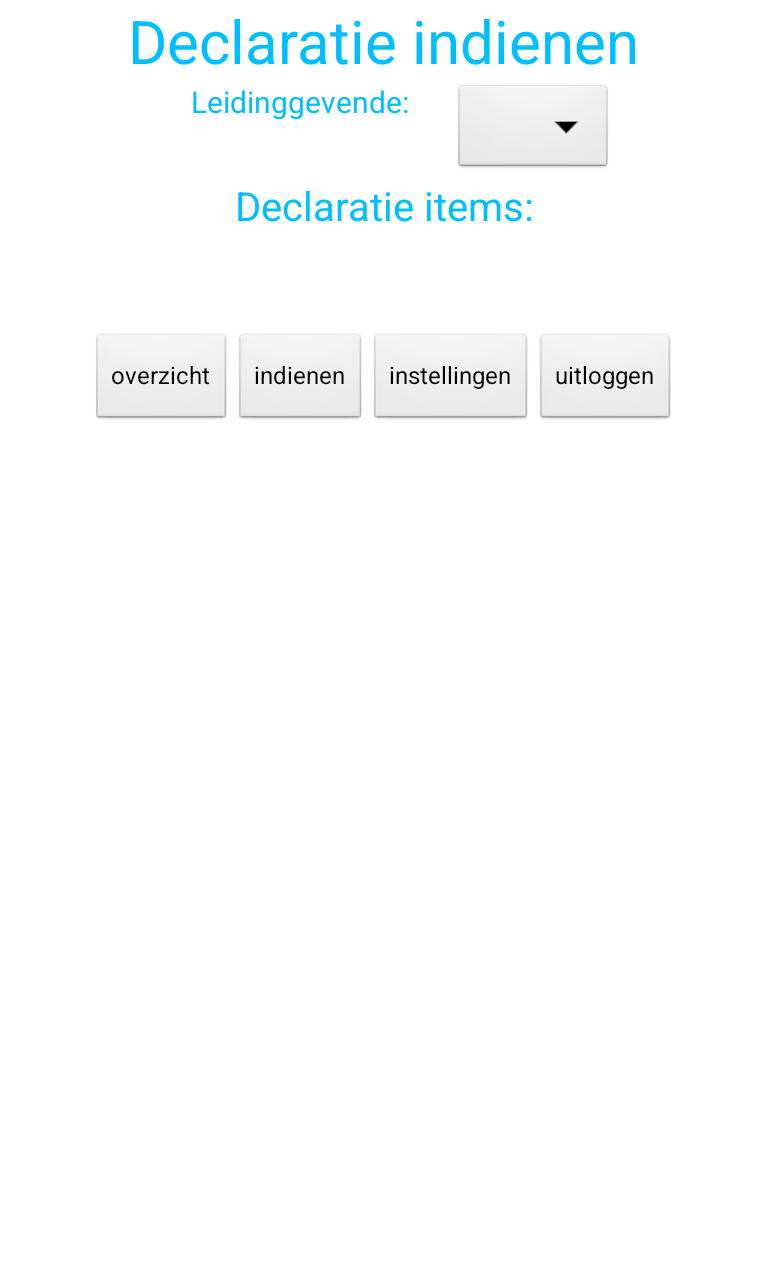
Repository: alexanderbolhuis/ilmoitus_mobile
Layout: LoginActivity/res/layout/activity_declare.xml
An editor plug-in stored every save of this project. The layout is shown before and after a run of saves, followed by the edit.
It is drawn on a 768 x 1280 px phone screen (xhdpi) without system bars, with theme AppTheme; the app's code is not run. Lists and similar views that code fills are empty.

Above is the layout before, as saved 2014-05-04 19:46:32.

After the next 2 saves:
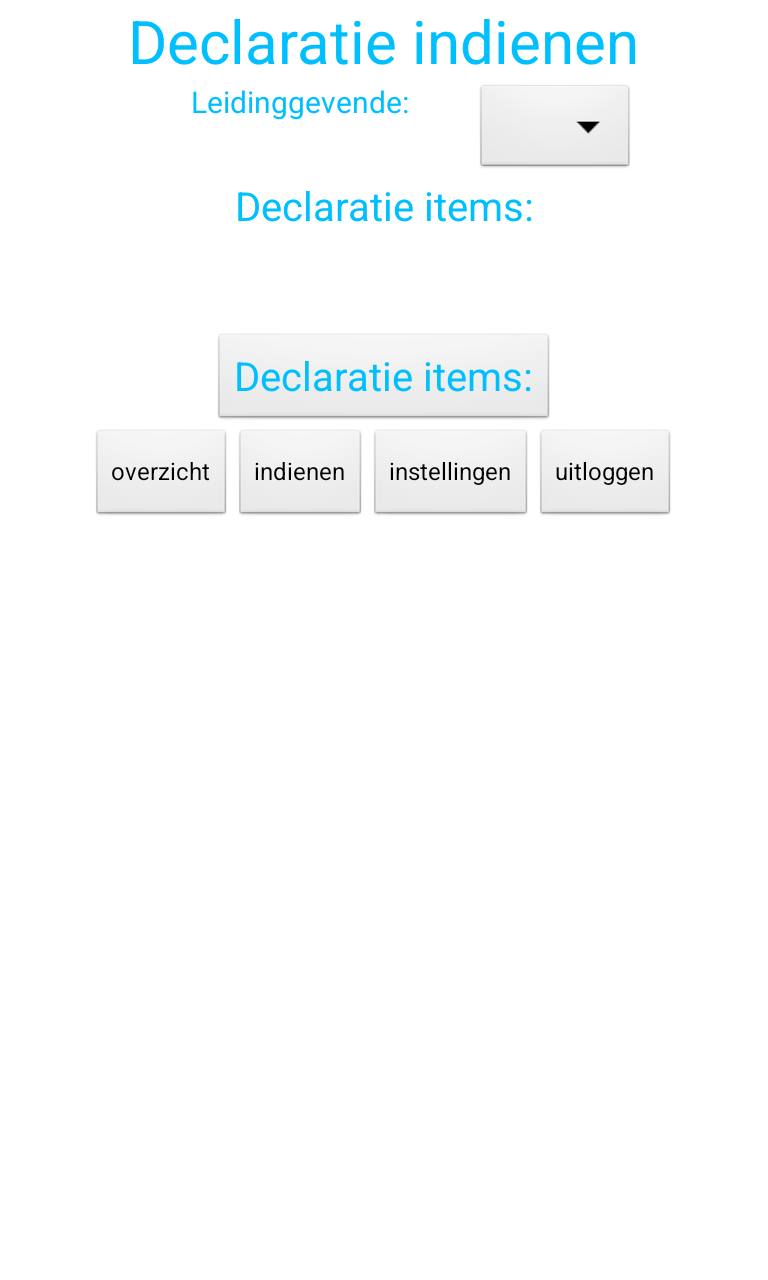
The 2 saves are shown as one change because 1 did not build or start.
The last was saved 10 min 17 s later.
--- a/LoginActivity/res/layout/activity_declare.xml
+++ b/LoginActivity/res/layout/activity_declare.xml
@@ -66,6 +66,21 @@
         android:layout_marginTop="50dp"
         android:gravity="center" />
 
+        <TableRow
+            android:id="@+id/tableRow2"
+            android:layout_width="match_parent"
+            android:layout_height="wrap_content"
+            android:gravity="center_horizontal">
+
+            <Button
+		        android:layout_width="match_parent"
+		        android:layout_height="wrap_content"
+		        android:text="Declaratie items:"
+		        android:textColor="#00BFFF"
+		        android:gravity="center"
+		        android:textSize="20dp" />
+        </TableRow>
+
 	</TableLayout>
 
     <LinearLayout
